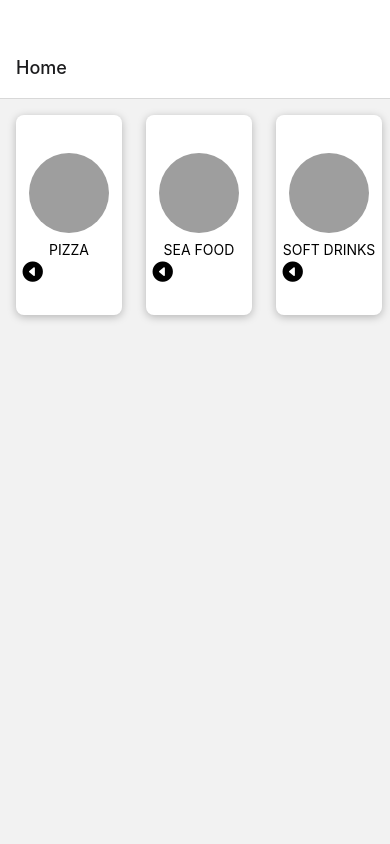
Repository: Esraa22M/ReactNative
Screen: /
These files come from the project's save history. The screen is drawn as it stood at one moment and after the next save; the edit follows.
Pictures or frames that could not be fetched are drawn as grey boxes. The app was drawn by React Native's web renderer in a window 390 px wide. The project was rebuilt for these pictures with package versions that can differ from the ones it lists, and the page was loaded fresh each time. Also part of the build but not shown: src/components/header/header.component.js, src/colors/front-screen-colors/user-auth-colors.js, src/components/header/header.styles.js, src/components/textInput/textInput.styles.js, src/components/textInput/textInput.components.jsx, src/components/singup-form-body/singup-form-body.components.js, src/screens/front-screen/Singup/singup-screen.screens.jsx, src/authentication/api/login-info.js and 2 more.

Above is the screen before, as saved 2023-09-21 01:36:13.

After the next save:
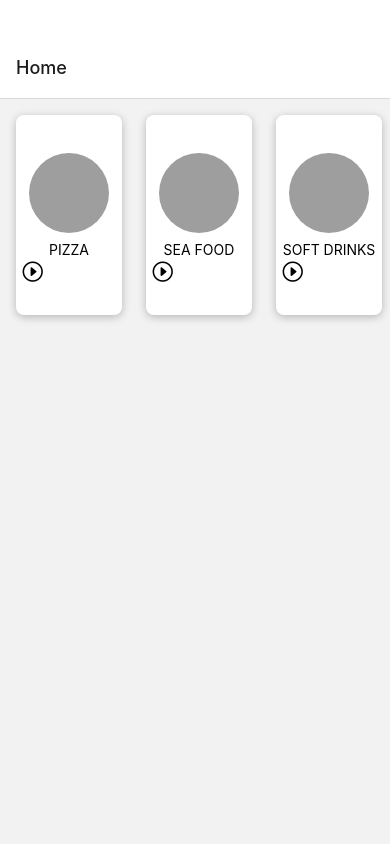
Saved 41 s later.
--- a/src/components/icon-button/icon-button.components.js
+++ b/src/components/icon-button/icon-button.components.js
@@ -5,7 +5,7 @@
     <Pressable style={({ pressed }) => pressed && styles.pressed}>
       <Ionicons
         {...props}
-        name={"caret-back-circle"}
+        name={"caret-forward-circle-outline"}
         color={color}
         size={size}
       />

After the save that followed:
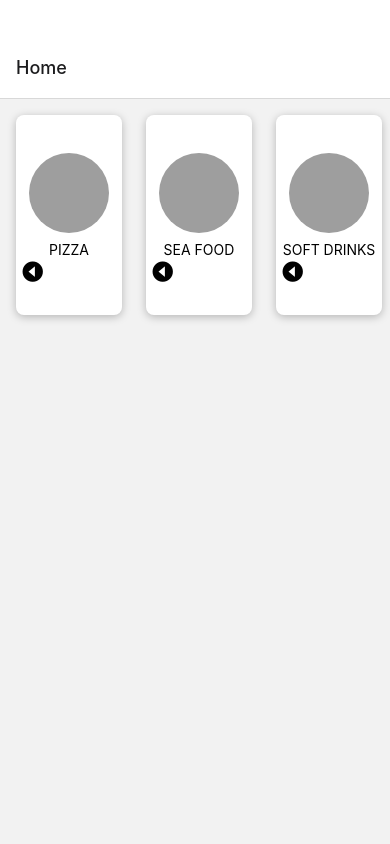
Saved 61 s later.
--- a/src/components/icon-button/icon-button.components.js
+++ b/src/components/icon-button/icon-button.components.js
@@ -5,7 +5,7 @@
     <Pressable style={({ pressed }) => pressed && styles.pressed}>
       <Ionicons
         {...props}
-        name={"caret-forward-circle-outline"}
+        name={"caret-back-circle-sharp"}
         color={color}
         size={size}
       />
